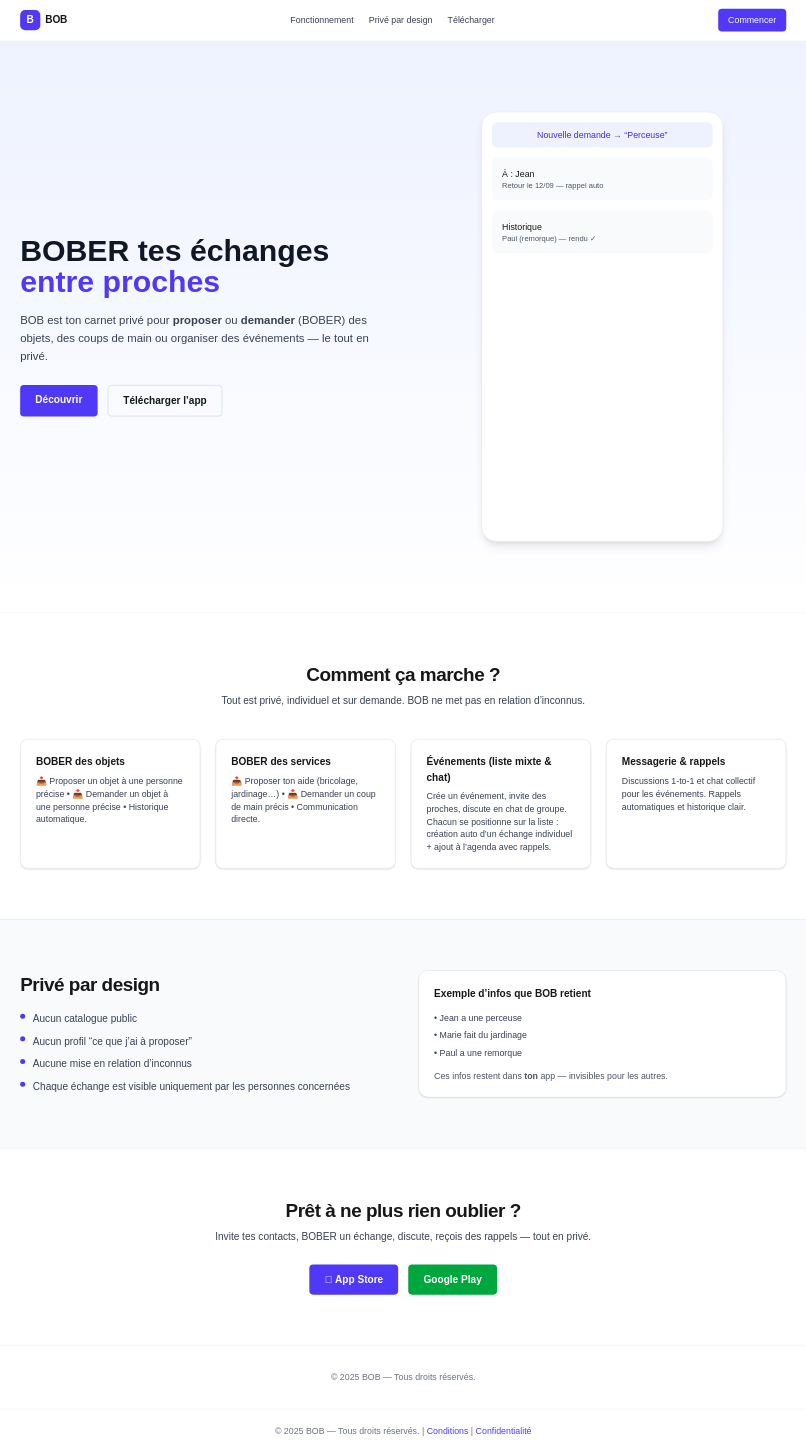
Repository: JeanCharlesMEILLAND/new-bob
Page: /
The author's editor kept a copy of each file at every save. The page is drawn from the files as they stood at one save, then again after the next save.
The browser window is 1280 px wide. The pictures show the whole page, at 63% of full size.
The project was rebuilt for these pictures with package versions that can differ from the ones it lists, and the page was loaded fresh each time. The framework's server and built-in components were replaced by stand-ins that run in the browser. Also part of the build but not shown: next.config.ts.

Above is the page before, as saved 2025-08-11 23:55:51.

After the next save:
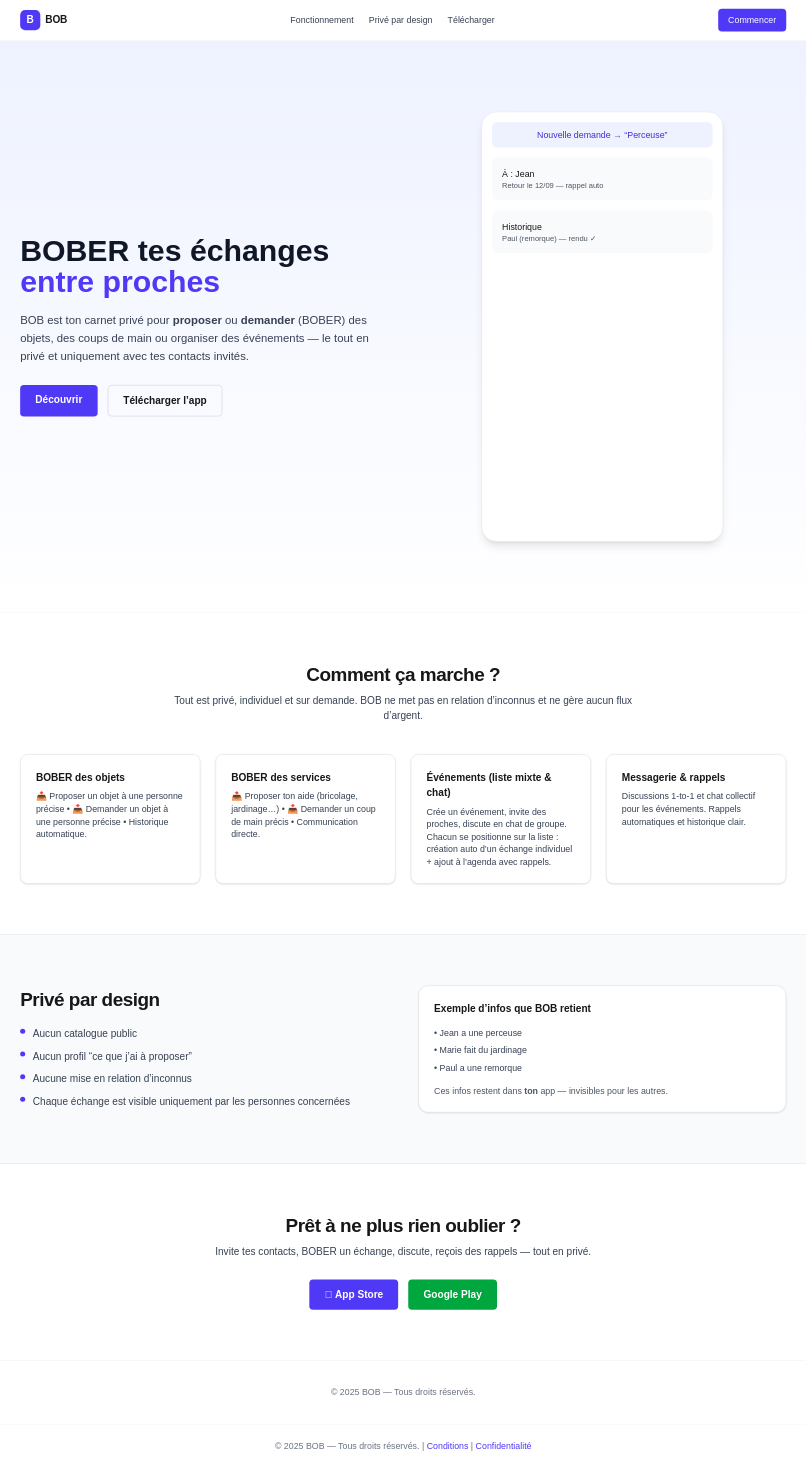
Saved 78 s later.
--- a/src/app/page.tsx
+++ b/src/app/page.tsx
@@ -10,7 +10,7 @@
             </h1>
             <p className="mt-6 text-lg text-gray-700">
               BOB est ton carnet privé pour <strong>proposer</strong> ou <strong>demander</strong> (BOBER) des objets,
-              des coups de main ou organiser des événements — le tout en privé.
+              des coups de main ou organiser des événements — le tout en privé et uniquement avec tes contacts invités.
             </p>
             <div className="mt-8 flex flex-wrap gap-4">
               <a
@@ -51,7 +51,7 @@
           <div className="text-center max-w-3xl mx-auto">
             <h2 className="text-3xl font-bold tracking-tight">Comment ça marche ?</h2>
             <p className="mt-3 text-gray-700">
-              Tout est privé, individuel et sur demande. BOB ne met pas en relation d’inconnus.
+              Tout est privé, individuel et sur demande. BOB ne met pas en relation d’inconnus et ne gère aucun flux d’argent.
             </p>
           </div>
 
